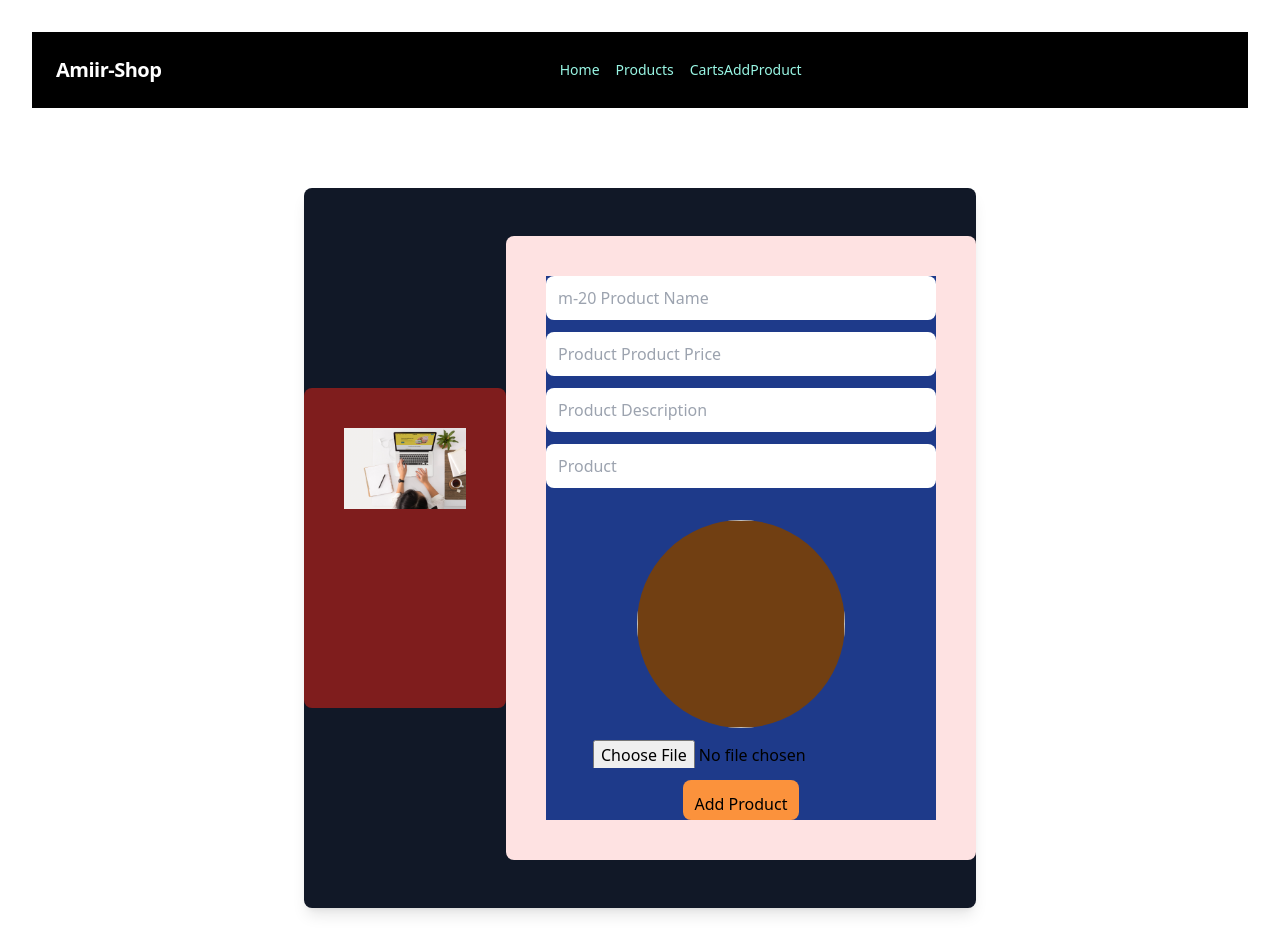
Repository: ENG-AMIIR-MUSE/ECommerce-app-using-react
Page: /addProducts
These files come from the project's save history. The page is drawn as it stood at one moment and after the next save; the edit follows.
The browser window is 1280 px wide. The pictures show the whole page.
The page's requests for data from a server got no answer. The project was rebuilt for these pictures with package versions that can differ from the ones it lists, and the page was loaded fresh each time. No one was signed in, and anything a server would have sent is missing. Also part of the build but not shown: vite.config.js, src/Components/productList.js, src/Components/productCard.js.

Above is the page before, as saved 2023-06-24 20:32:16.

### src/main.jsx
import React from 'react'
import ReactDOM from 'react-dom/client'
import App from './App.jsx'
import './index.css'

import { BrowserRouter }  from 'react-router-dom'



ReactDOM.createRoot(document.getElementById('root')).render(
  <React.StrictMode>
    <BrowserRouter>
    <App />
    </BrowserRouter>

  </React.StrictMode>,

)

### src/App.jsx
import { useEffect } from 'react'
import { useState } from 'react'
import axios from 'axios'
import ProductList from './Components/ProductList'
import ProductCard from './Components/ProductCard'

import './App.css'

import {NavBar} from './Components/NavBar'
import {  Routes,Route } from 'react-router-dom'

import AddProduct from './Components/AddProduct'

function App() {
const [products,setProducts] =  useState([])

useEffect(()=>{
  axios.get('https://fakestoreapi.com/products')
  .then((response)=>{
    // console.log(response)
   setProducts(response.data)
  }).catch((er)=>{
    console.log(er.response)
  })

})

  return (
    <>

    {/* {console.log(products)} */}
    <NavBar/>

    {/* <ProductCard/> */}
    <Routes>
    <Route path="/"/>
    <Route path="/products" element={<ProductList products ={products}/>}/>

    <Route path="/products/:id" element={<ProductCard products = {products}/>}/>
  <Route path="/addProducts/" element={<AddProduct/>}/>
  </Routes>
    </>


  )


}

export default App

### src/Components/NavBar.jsx
import React from 'react'
import {Link } from 'react-router-dom'
 export function NavBar() {
  return (
    <>
    <nav className=" items-center justify-between flex-wrap bg-black p-6 mb-20 h-auto p-5">
  <div className="flex items-center flex-shrink-0 text-white mr-6">

    <span className="font-semibold text-xl tracking-tight">Amiir-Shop</span>


  <div className="w-full block flex-grow lg:flex lg:items-center lg:w-auto">
    <div className="text-sm lg:flex-grow">
      <Link to="/" className="block mt-4 lg:inline-block lg:mt-0 text-teal-200 hover:text-white mr-4">
        Home
      </Link>
      <Link to="/products" className="block mt-4 lg:inline-block lg:mt-0 text-teal-200 hover:text-white mr-4">
        Products
      </Link>
      <Link to="/carts" className="block mt-4 lg:inline-block lg:mt-0 text-teal-200 hover:text-white">
        Carts
      </Link>
      <Link to="/addProducts" className="block mt-4 lg:inline-block lg:mt-0 text-teal-200 hover:text-white">
        AddProduct
      </Link>
    </div>

  </div>
  </div>
</nav>
    </>
  )

 }

### src/Components/AddProduct.jsx
import React from "react";
import reactsvg from '../assets/weImage.jpg'
import { useState } from "react";
const  AddProduct = ()=>{
  const [image,setImage]  = useState(null)

    return(

        <div  className="bg-gray-900 mt-0  text-black  min-h-screen flex flex-col lg:flex-row lg:max-w-2xl  max-w-sm mx-auto justify-center items-center  shadow-lg rounded-lg  overflow-hidden">
          <div className="w-96 rounded-lg mx-auto  bg-red-900  m-5 h-80 p-10">
           <img src= {reactsvg}  alt="missing-product-image"/>
          </div>
          <div className=" p-10 m-10 rounded-lg bg-red-100 mx-auto bg-green-50 mx-auto">
          <form className="space-y-3 mx-auto bg-blue-900 ">

           <input type="text"placeholder="m-20 Product Name" className="w-full rounded-lg h-11  pl-3"/>
          <input type="text"placeholder="Product Product Price" className="w-full rounded-lg h-11  pl-3"/>
          <input type="text"placeholder="Product Description" className="w-full rounded-lg h-11  pl-3"/>
           <input type="text" placeholder="Product"className="w-full rounded-lg h-11 pl-3 "/>
           <div className="flex felx-row  flex-wrap items-center justify-center space-x-4">
             <img src={image&&URL.createObjectURL(image)} alt={image} className="rounded-full w-52 h-52 mt-5  max-w-md  object-cover object-center bg-yellow-900" />
             <input type="file" className = "rounded-lg p-3 h-10 " onChange={(event)=>{

              setImage(event.target.files[0])
             }}/>
           </div>
             <input type="submit" className = "rounded-lg bg-orange-400 p-3 h-10 "value="Add Product"/>
          </form>
          </div>
          {console.log(image)}
        </div>
    )
}
export default AddProduct;

Loaded but not shown: index.html (common file); src/index.css (common file); src/App.css (common file); tailwind.config.js (common file)

After the next save:
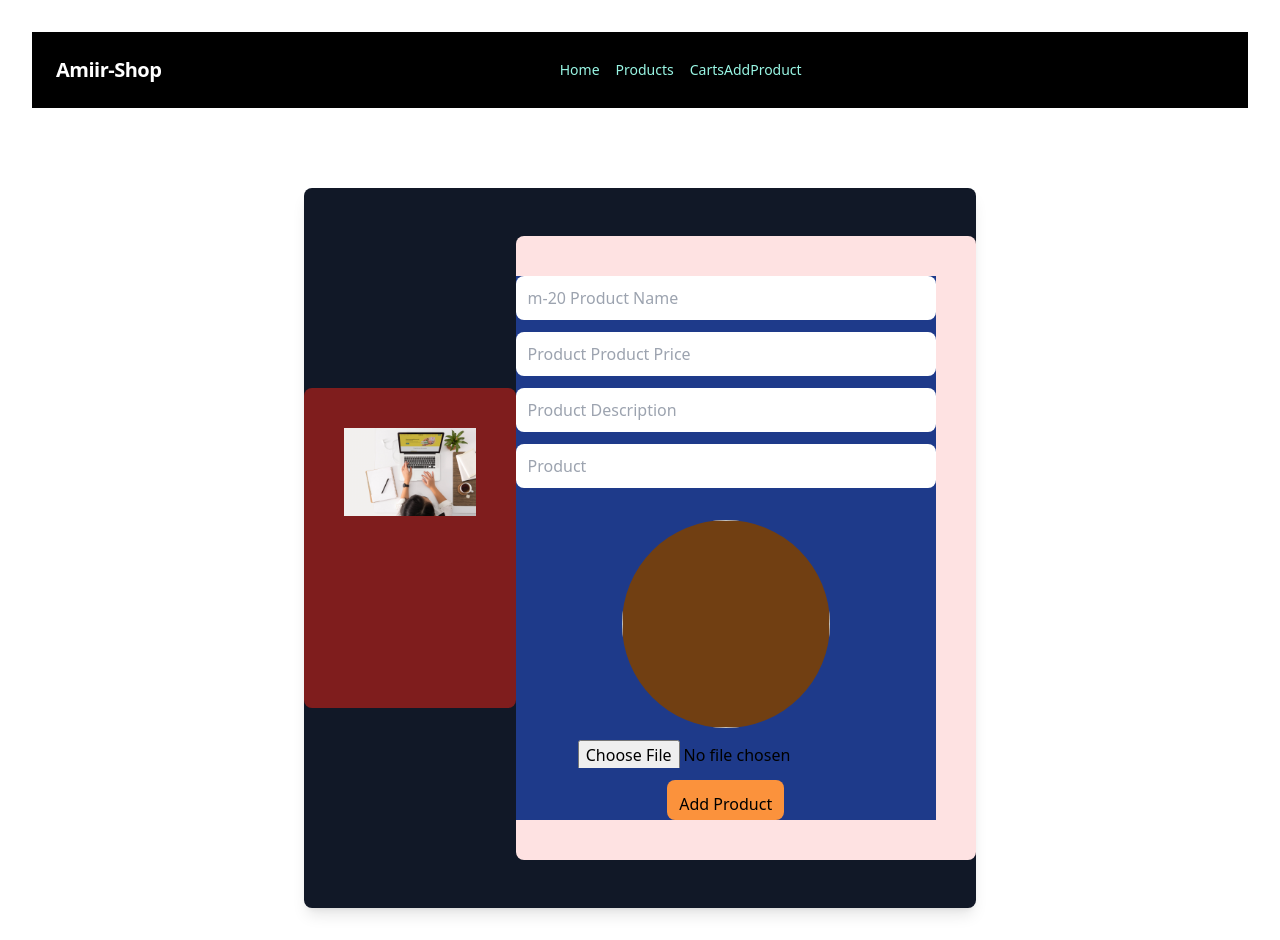
Saved 15 s later.
--- a/src/Components/AddProduct.jsx
+++ b/src/Components/AddProduct.jsx
@@ -10,7 +10,7 @@ const  AddProduct = ()=>{
           <div className="w-96 rounded-lg mx-auto  bg-red-900  m-5 h-80 p-10">
            <img src= {reactsvg}  alt="missing-product-image"/>
           </div>
-          <div className=" p-10 m-10 rounded-lg bg-red-100 mx-auto bg-green-50 mx-auto">
+          <div className=" p-10 m-10 rounded-lg bg-red-100 mx-auto bg-green-50 mx-auto pl-0">
           <form className="space-y-3 mx-auto bg-blue-900 ">
 
            <input type="text"placeholder="m-20 Product Name" className="w-full rounded-lg h-11  pl-3"/>
